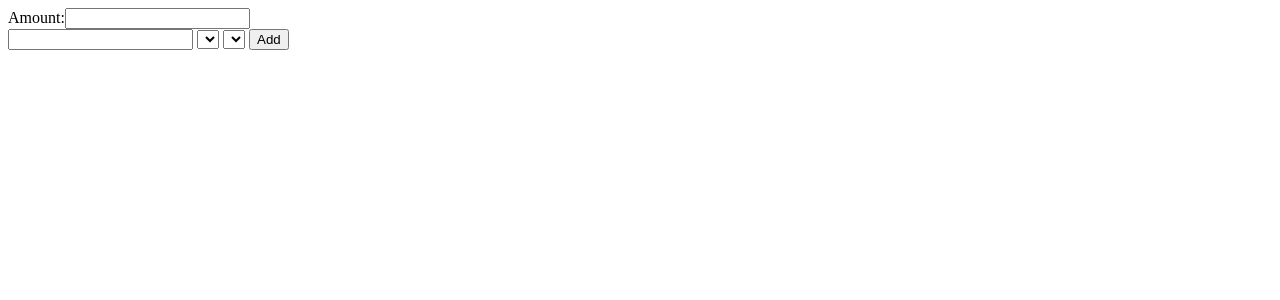
Repository: localghost/budget
Page: src/bills/templates/bills/index.html
The author's editor kept a copy of each file at every save. The page is drawn from the files as they stood at one save, then again after the next save.
The browser window is 1280 px wide. The pictures show the whole page.

Above is the page before, as saved 2016-01-01 20:47:57.

After the next save:
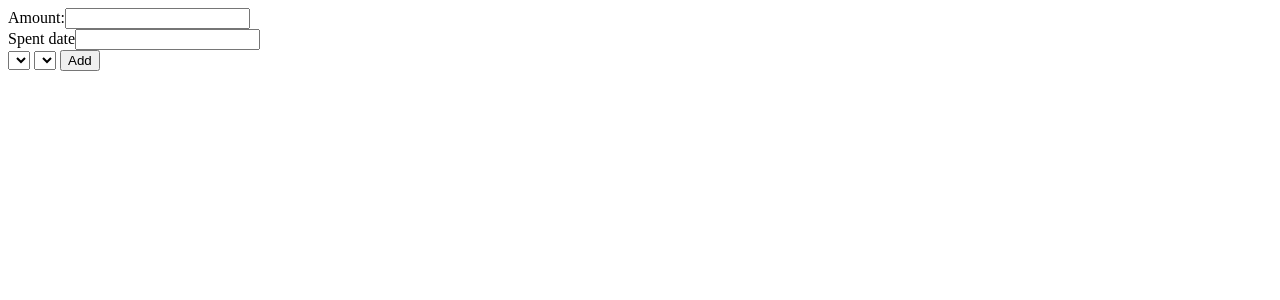
Saved 41 s later.
--- a/src/bills/templates/bills/index.html
+++ b/src/bills/templates/bills/index.html
@@ -1,6 +1,6 @@
 <form name="bill" id="bill" method="post">
     <div><span>Amount:</span><input type="text" name="amount"></div>
-    <input type="datetime" name="spent">
+    <div><span>Spent date</span><input type="datetime" name="spent"></div>
     <select name="payment_method"></select>
     <select name="category"></select>
     <input type="button" value="Add">
